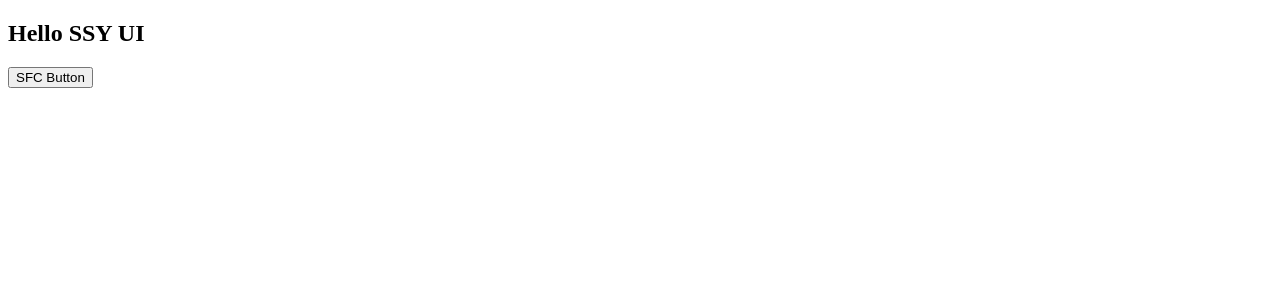
Repository: Ajin0331/ssy-ui-vt
Page: /
The author's editor kept a copy of each file at every save. The page is drawn from the files as they stood at one save, then again after the next save.
The browser window is 1280 px wide. The pictures show the whole page.
The project was rebuilt for these pictures with package versions that can differ from the ones it lists, and the page was loaded fresh each time. Also part of the build but not shown: vite.config.ts.

Above is the page before, as saved 2024-10-19 18:34:32.

### index.html
<!DOCTYPE html>
<html lang="en">
  <head>
    <meta charset="UTF-8" />
    <meta name="viewport" content="width=device-width, initial-scale=1.0" />
    <title>index</title>
  </head>
  <body>
    <h2>Hello SSY UI</h2>
    <div id="app"></div>
    <script src="./src/index.ts" type="module"></script>
  </body>
</html>

### src/index.ts
import { createApp } from "vue";
// import SButton from './button'
import SButton from "./SFCButton.vue";
createApp(SButton).mount("#app");

### src/SFCButton.vue
<template>
  <button>SFC Button</button>
</template>

<script lang="ts">
export default {
  name: "SFCButton",
};
</script>

### src/TSXButton.tsx
import { defineComponent } from "vue";

export default defineComponent({
  name: "TSXButton",
  render() {
    return <button>TSX Button</button>;
  },
});

After the next save:
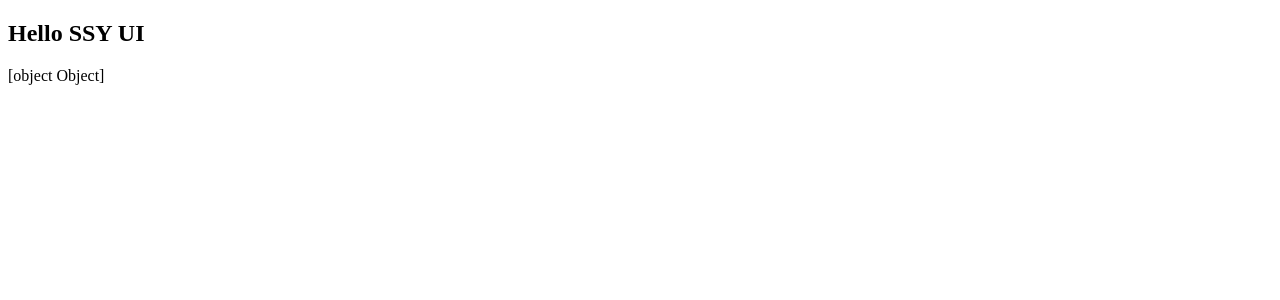
Saved 3 min 58 s later.
--- a/src/index.ts
+++ b/src/index.ts
@@ -1,4 +1,3 @@
 import { createApp } from "vue";
-// import SButton from './button'
-import SButton from "./SFCButton.vue";
-createApp(SButton).mount("#app");
+import TSXButton from "./TSXButton";
+createApp(TSXButton).mount("#app");
